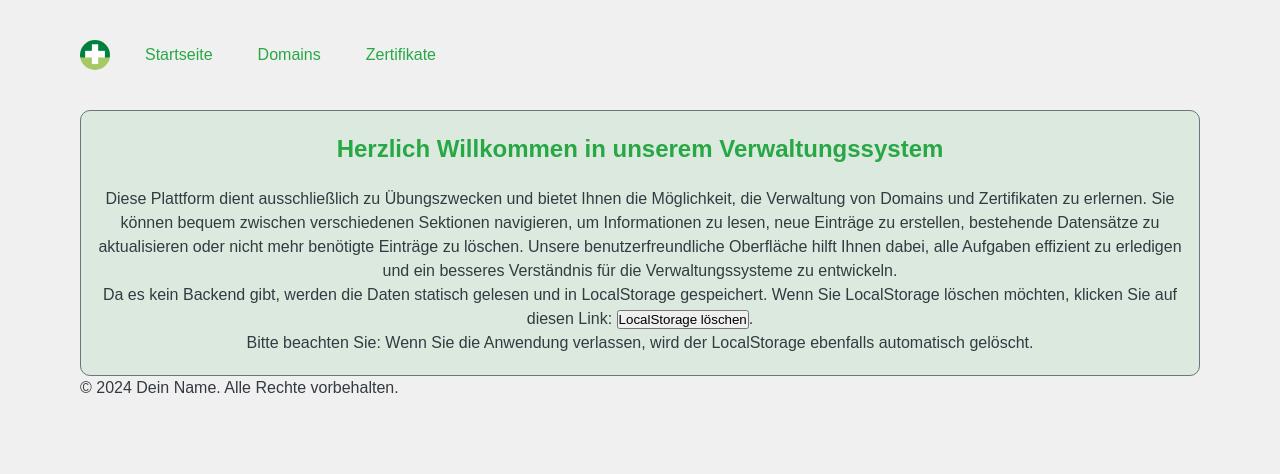
Repository: bajricadmir/verwaltungssystem-vanilla-html-css
Page: index.html
These files come from the project's save history. The page is drawn as it stood at one moment and after the next save; the edit follows.
The browser window is 1280 px wide. The pictures show the whole page.

Above is the page before, as saved 2024-10-14 11:20:55.

### index.html
<!DOCTYPE html>
<html lang="en">
  <head>
    <meta charset="UTF-8" />
    <meta name="viewport" content="width=device-width, initial-scale=1.0" />
    <link
      rel="shortcut icon"
      href="./assets/images/favicon.ico"
      type="image/x-icon"
    />
    <link rel="stylesheet" href="style.css" />
    <title>Verwaltungssystem</title>
  </head>
  <body>
    <header class="header">
      <nav class="navigation">
        <img src="./assets/images/favicon.ico" alt="Logo" class="logo" />

        <ul class="nav-list">
          <li class="nav-item">
            <a class="nav-link" href="#home">Startseite</a>
          </li>
          <li class="nav-item">
            <a class="nav-link" href="#about">Domains</a>
          </li>
          <li class="nav-item">
            <a class="nav-link" href="#contact">Zertifikate</a>
          </li>
        </ul>
      </nav>
    </header>

    <main class="main-content">
      <section>
        <h1 class="alert-heading">
          Herzlich Willkommen in unserem Verwaltungssystem
        </h1>
        <p>
          Diese Plattform dient ausschließlich zu Übungszwecken und bietet Ihnen
          die Möglichkeit, die Verwaltung von Domains und Zertifikaten zu
          erlernen. Sie können bequem zwischen verschiedenen Sektionen
          navigieren, um Informationen zu lesen, neue Einträge zu erstellen,
          bestehende Datensätze zu aktualisieren oder nicht mehr benötigte
          Einträge zu löschen. Unsere benutzerfreundliche Oberfläche hilft Ihnen
          dabei, alle Aufgaben effizient zu erledigen und ein besseres
          Verständnis für die Verwaltungssysteme zu entwickeln.
        </p>
      </section>
      <div class="divider"></div>
      <section>
        <p>
          Da es kein Backend gibt, werden die Daten statisch gelesen und in
          LocalStorage gespeichert. Wenn Sie LocalStorage löschen möchten,
          klicken Sie auf diesen Link:
          <button type="button" class="btn">LocalStorage löschen</button>.<br />
          Bitte beachten Sie: Wenn Sie die Anwendung verlassen, wird der
          LocalStorage ebenfalls automatisch gelöscht.
        </p>
      </section>
    </main>

    <footer>
      <p>&copy; 2024 Dein Name. Alle Rechte vorbehalten.</p>
    </footer>
  </body>
</html>

### style.css
:root {
  --primary-color: #007bff;
  --secondary-color: #6c757d;
  --success-color: #28a745;
  --success-color-hover: #218838;
  --success-color-bgc: #d4edda;
  --danger-color: #dc3545;
  --warning-color: #ffc107;
  --info-color: #17a2b8;
  --light-color: #f8f9fa;
  --dark-color: #343a40;

  --font-size-base: 16px;
  --font-family-base: "Arial", sans-serif;
  --background-color: #f0f0f0;
}

* {
  margin: 0;
  padding: 0;
  box-sizing: border-box;
}

html,
body {
  height: 100%;
  font-family: var(--font-family-base);
  line-height: 1.5;
}

body {
  padding: 40px 80px;
  background-color: var(--background-color);
  color: var(--dark-color);
}

ul {
  list-style: none;
}

a {
  text-decoration: none;
  color: inherit;
}

button {
  cursor: pointer;
}

table {
  border-collapse: collapse;
  width: 100%;
}

.navigation {
  display: flex;
  align-items: center;
}

.logo {
  width: 30px;
  height: 30px;
  border-radius: 50%;
  margin-right: 20px;
}

.nav-list {
  display: flex;
  align-items: center;
}

.nav-item {
  margin-right: 15px;
}

.nav-item:last-child {
  margin-right: 0;
}

.nav-item a {
  color: var(--success-color);
  transition: color 0.3s ease;
  padding: 10px 15px;
  border-radius: 5px;
}

.nav-item a:hover {
  color: var(--success-color-hover);
  background-color: rgba(40, 167, 69, 0.1);
}

.main-content {
  display: flex;
  flex-direction: column;
  align-items: center;
  margin-top: 40px;
  background-color: rgba(40, 167, 69, 0.1);
  padding: 20px 15px;
  border: 0.1px solid var(--secondary-color);
  border-radius: 10px;
}

.alert-heading {
  color: var(--success-color);
  padding-bottom: 20px;
}

section {
  text-align: center;
}

.divider {
  .divider {
    height: 2px;
    background-color: var(--success-color);
    margin: 20px 0;
  }
}

After the next save:
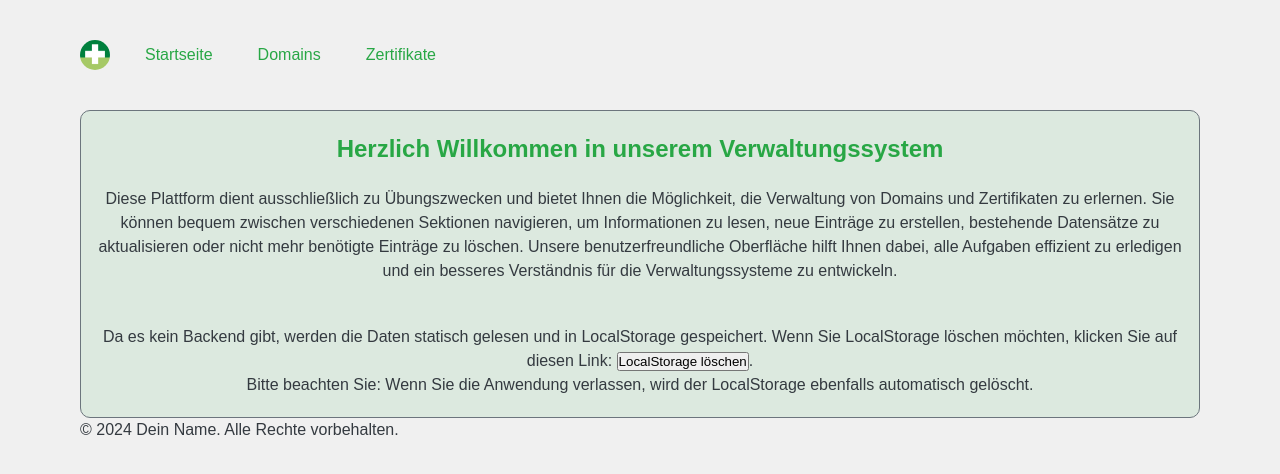
Saved 10 s later.
--- a/style.css
+++ b/style.css
@@ -110,9 +110,7 @@ section {
 }
 
 .divider {
-  .divider {
-    height: 2px;
-    background-color: var(--success-color);
-    margin: 20px 0;
-  }
+  height: 2px;
+  background-color: var(--success-color);
+  margin: 20px 0;
 }
